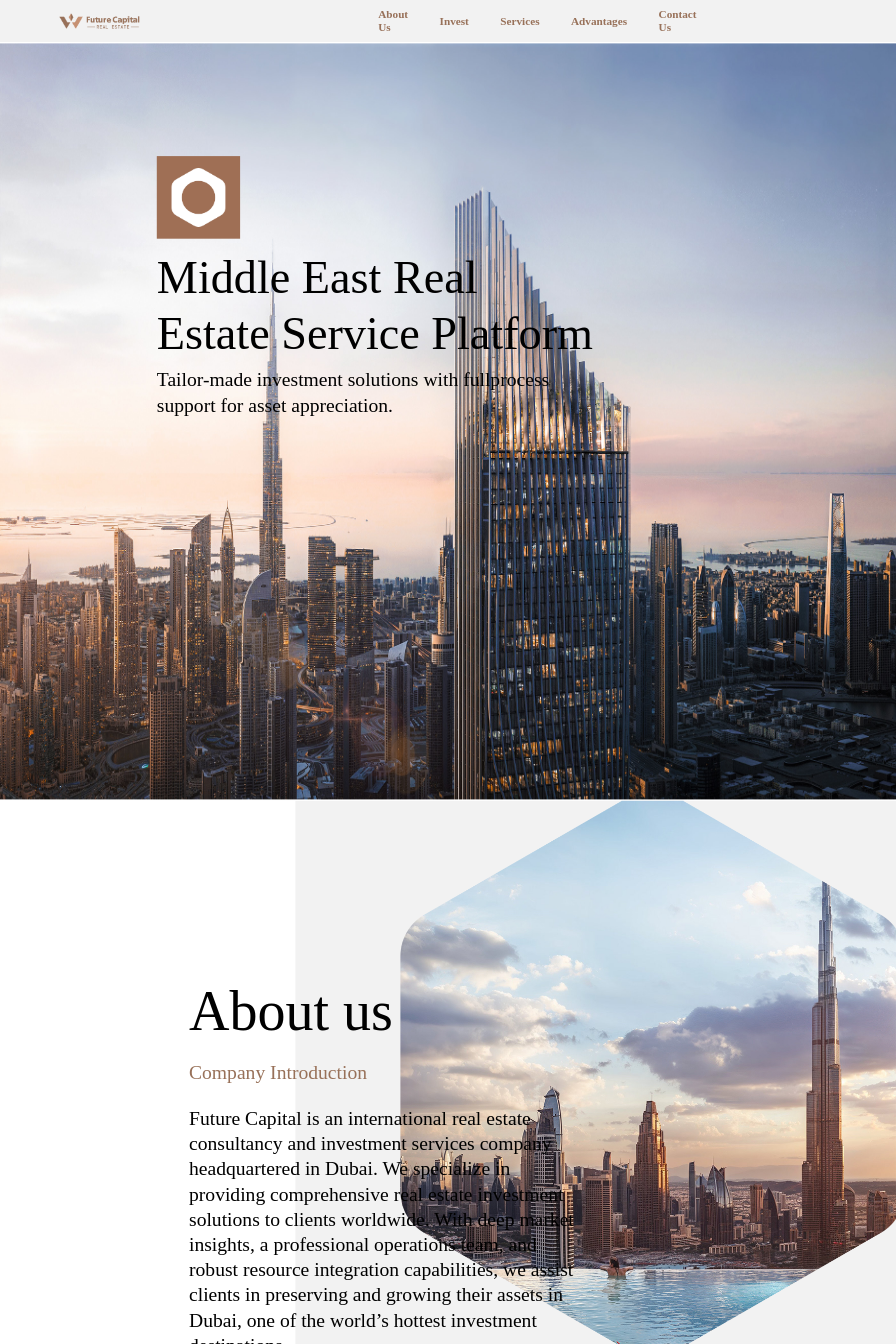
Repository: hcliu987/FutureCapital
Page: /
These files come from the project's save history. The page is drawn as it stood at one moment and after the next save; the edit follows.
The browser window is 1280 px wide. The pictures show the part of the page from y = 0 to 1920 px (the page is 8610 px tall), at 70% of full size.
The project was rebuilt for these pictures with package versions that can differ from the ones it lists, and the page was loaded fresh each time. Also part of the build but not shown: vue.config.js.

Above is the page before, as saved 2025-01-18 14:14:35.

### src/App.vue
<template>
  <homePage />
</template>

<script setup>
import homePage from "./components/homePage.vue";
</script>

<style>
html,
body {
  margin: 0;
}
</style>

### src/components/homePage.vue
<template>
  <div class="homePage">
    <div class="nav">
      <div class="left">
        <img class="toplogo" src="@/assets/logo.png" />
      </div>
      <div class="right">
        <div><a href="#aboutUs">About Us</a></div>
        <div><a href="#invest">Invest</a></div>
        <div><a href="#services">Services</a></div>
        <div><a href="#advantages">Advantages</a></div>
        <div><a href="#contactUs">Contact Us</a></div>
      </div>
    </div>
    <div class="aboutUs" id="aboutUs">
      <img class="img_bg" src="@/assets/aboutUs_bg1.jpg" />
      <img class="logo" src="@/assets/aboutUs_logo.png" />
      <div class="title">Middle East Real</div>
      <div class="title">Estate Service Platform</div>
      <div class="subInfo m1">
        Tailor-made investment solutions with fullprocess
      </div>
      <div class="subInfo">support for asset appreciation.</div>
    </div>
    <div class="aboutUs2">
      <div class="left"></div>
      <div class="right">
        <img src="@/assets/aboutUs_bg2.png" />
      </div>
      <div class="con_txt">
        <div class="title">About us</div>
        <div class="subtitle">Company Introduction</div>
        <div class="intro">
          Future Capital is an international real estate consultancy and
          investment services company headquartered in Dubai. We specialize in
          providing comprehensive real estate investment solutions to clients
          worldwide. With deep market insights, a professional operations team,
          and robust resource integration capabilities, we assist clients in
          preserving and growing their assets in Dubai, one of the world’s
          hottest investment destinations.
        </div>
      </div>
    </div>
    <div class="aboutUs3">
      <div class="left">
        <img src="@/assets/aboutUs_bg3.png" />
      </div>
      <div class="right"></div>
      <div class="con_txt">
        <div class="title">Company Vision</div>
        <div class="line"></div>
        <div class="info">
          Whether you are looking for an ideal home or exploring high-yield
          investment opportunities, Future Capital is committed to a
          customer-first philosophy. <br /><br />
          We deliver tailored investment support through exceptional service
          quality and forward-thinking market analysis, ensuring a personalized
          experience for every client.
        </div>
      </div>
    </div>
    <div class="invest" id="invest">
      <div class="top">
        <div class="title">New Opportunities</div>
        <div class="title">for Global Asset Allocation</div>
        <div class="line"></div>
      </div>
      <div class="bottom">
        <div class="row">
          <div class="item">
            <div class="pre">0%</div>
            <div class="text">
              Tax Incentives: Zero personal income tax.Zero capital gains tax.
            </div>
          </div>
          <div class="item">
            <div class="pre">6%-8%</div>
            <div class="text">
              Leading Investment Returns:The real estate market offers an
              average annual rental yield of 6%-8%.
            </div>
          </div>
          <div class="item">
            <div class="pre">12%</div>
            <div class="text">
              High-End Residential Growth:Luxury residential projects boast an
              annual sales growth rate exceeding 12%.
            </div>
          </div>
        </div>
        <div class="row">
          <div class="item">
            <div class="pre">100%</div>
            <div class="text">
              Non-UAE investors can achieve 100% foreign ownership.
            </div>
          </div>
          <div class="item">
            <div class="pre">80%</div>
            <div class="text">
              Over 80% of the population in Dubai consists of expatriates,
              leading to steadily growing housing demand.
            </div>
          </div>
          <div class="item">
            <div class="pre">60%</div>
            <div class="text">
              Located at the intersection of Europe, Asia, and Africa, 60% of
              global markets are within an 8-hour flight radius.
            </div>
          </div>
        </div>
        <div class="btext m1">
          Dubai, as a world-leading international metropolis, serves not only as
          the economic and trade hub of
        </div>
        <div class="btext">
          the Middle East but also as a focal point for global investors.
        </div>
      </div>
    </div>
    <div class="services" id="services">
      <div class="top">
        <div class="line"></div>
        <div class="item">
          <div class="title">Our Services</div>
          <div>
            Assist the rental of of primary and secondary commercial/residential
            properties.
          </div>
          <div>
            Assist the rental of of primary and secondary commercial/residential
            properties.
          </div>
        </div>
      </div>
      <div class="imgs">
        <img class="img1" src="@/assets/services_bg1.png" />
        <img class="img2" src="@/assets/services_bg2.png" />
      </div>
    </div>
    <div class="advantages1" id="advantages">
      <img src="@/assets/advantages_bg1.jpg" />
      <div class="title">Our Advantages</div>
    </div>
    <div class="advantages2">
      <div class="top">
        <div class="item">
          <div class="title">Company Introduction</div>
          <div class="info">
            A professional real estate consultancy team offering accurate market
            analysis and expert advice.
          </div>
        </div>
        <div class="item h1">
          <div class="title">High-End Resource Integration</div>
          <div class="info">
            Collaborating with Dubai’s top developers, such as EMAAR, Nakheel,
            and DAMAC, to provide exclusive properties and premium resources.
          </div>
        </div>
        <div class="item h1">
          <div class="title">Customer First</div>
          <div class="info">
            Placing client needs at the core, delivering full process,
            comprehensive support from property selection to investment
            implementation.
          </div>
        </div>
        <div class="item">
          <div class="title">Global Perspective</div>
          <div class="info">
            Serving clients worldwide, including investors from China, the UK,
            India, Europe, and Gulf countries.
          </div>
        </div>
      </div>
      <div class="img">
        <img src="@/assets/advantages_bg2.png" />
      </div>
    </div>
    <div class="contact" id="contactUs">
      <div class="left">
        <img src="@/assets/contact_bg2.png" />
      </div>
      <div class="right">
        <img src="@/assets/contact_bg1.png" />
      </div>
      <div class="content">
        <div class="title">
          <img src="@/assets/aboutUs_logo.png" />
          <div class="text">Contact US</div>
        </div>
        <div class="info">
          Thank you for your interest and trust in us! For more information
          about our projects or to discuss any inquiries and collaboration
          opportunities, feel free to reach out to our professional team. You
          can contact us through the following channels, and we look forward to
          providing you with the best service.
        </div>
        <div class="detail">
          <div class="key">Phone</div>
          <div class="value">+971 50 350 8883</div>
        </div>
        <div class="detail">
          <div class="key">Email</div>
          <div class="value">michael@futurecapital.ae</div>
        </div>
        <div class="detail">
          <div class="key">Address</div>
          <div class="value">
            3rd Floor Westburry Tower, Al Abraj Street Business Bay, Dubai
          </div>
        </div>
        <div class="end">
          We look forward to working with you to build a better future !
        </div>
      </div>
    </div>
  </div>
</template>

<script setup>
</script>


<style scoped>
.homePage {
  max-width: 1920px;
}
.nav {
  height: 60px;
  background: #f2f2f2;
  display: flex;
  align-items: center;
  justify-content: space-between;
  padding: 0 240px 0 85px;
  margin-bottom: 2px;
}
.nav .left {
  display: flex;
  align-items: center;
}
.nav .left img {
  margin-right: 12px;
}
.nav .right {
  display: flex;
  align-items: center;
  justify-content: end;
  width: 100%;
  font-family: 'Outfit Bold';
}
.nav .right div {
  margin-right: 45px;
  color: #987159;
  cursor: pointer;
  font-size: 16px;
  font-weight: bold;
}
.nav .right a {
  color: #987159;
  text-decoration: none;
}
.aboutUs {
  width: 100%;
  position: relative;
  min-height: 1080px;
  margin-bottom: 2px;
}
.aboutUs .img_bg {
  max-width: 100%;
  position: absolute;
  min-height: 1080px;
}
.aboutUs .logo {
  width: 118.5px;
  height: 118.5px;
  margin: 160.5px 0 12px 224px;
  position: relative;
  z-index: 1;
}
.nav .left .toplogo{
  width: 25%;
  height: 25%;
}
.aboutUs .title {
  margin-left: 224px;
  font-size: 66px;
  font-weight: 400;
  color: #000;
  line-height: 80px;
  position: relative;
  z-index: 1;
  font-family: ;
}
.aboutUs .subInfo {
  margin-left: 224px;
  font-size: 28px;
  line-height: 36px;
  position: relative;
  z-index: 1;
}
.aboutUs .m1 {
  margin-top: 8px;
}
.aboutUs2 {
  display: flex;
  width: 100%;
  min-height: 1080px;
  position: relative;
  margin-bottom: 2px;
}
.aboutUs2 .left {
  width: 33%;
  background: #fff;
}
.aboutUs2 .right {
  width: 67%;
  background: #f2f2f2;
  text-align: right;
}
.aboutUs2 .right img {
  max-width: 82.5%;
}
.aboutUs2 .con_txt {
  position: absolute;
  top: 260px;
  left: 270px;
  width: 573px;
}
.aboutUs2 .title {
  font-size: 80px;
  line-height: 80px;
  color: #000;
}
.aboutUs2 .subtitle {
  font-size: 28px;
  color: #987159;
  line-height: 36px;
  margin: 30px 0;
}
.aboutUs2 .intro {
  font-size: 28px;
  line-height: 36px;
}
.aboutUs3 .left {
  width: 55.7%;
}
.aboutUs3 {
  display: flex;
  width: 100%;
  position: relative;
  margin-bottom: 2px;
}
.aboutUs3 .right {
  width: 44.3%;
  background: #f2f2f2;
}
.aboutUs3 .con_txt {
  width: 851px;
  height: 678px;
  background: #fff;
  position: absolute;
  top: 110px;
  right: 110px;
  padding: 182px 0 0 132px;
}
.aboutUs3 .con_txt .title {
  font-size: 28px;
  color: #987159;
  line-height: 36px;
  margin-bottom: 66px;
}
.aboutUs3 .con_txt .line {
  height: 1px;
  width: 145px;
  margin-bottom: 38px;
  background: #987159;
}
.aboutUs3 .con_txt .info {
  width: 533px;
  font-size: 28px;
  line-height: 36px;
}
.invest .top {
  height: 360px;
  background: #fff;
  text-align: center;
  display: flex;
  align-items: center;
  flex-direction: column;
  justify-content: center;
}
.invest .top .title {
  font-size: 80px;
  color: #000;
  line-height: 80px;
}
.invest .top .line {
  height: 1px;
  background: #987159;
  width: 773px;
  margin-top: 32px;
}
.invest .bottom {
  height: 600px;
  background: #f2f2f2;
  padding: 90px 200px 30px 328px;
}
.invest .bottom .row {
  display: flex;
  justify-content: space-between;
}
.invest .bottom .row .item {
  height: 215px;
  width: 314px;
  margin-bottom: 40px;
}
.invest .bottom .row .pre {
  font-size: 80px;
  line-height: 80px;
  color: #987159;
  margin-bottom: 7.5px;
}
.invest .bottom .row .text {
  font-size: 20px;
  line-height: 25.2px;
  color: #000;
}
.invest .bottom .btext {
  width: 100%;
  text-align: center;
  font-size: 28px;
  line-height: 36px;
}
.invest .bottom .m1 {
  margin-top: 10px;
}
.services {
  min-height: 1080px;
  background: #fff;
  margin: 2px 0;
}
.services .top {
  height: 232px;
  padding: 150px 120px 150px 150px;
}
.services .top .line {
  width: 466px;
  height: 1px;
  background: #987159;
  margin-bottom: 65px;
}
.services .top .item {
  display: flex;
  align-items: center;
  justify-content: space-between;
  height: 106px;
}
.services .top .item div {
  max-width: 460px;
  font-size: 28px;
  line-height: 36px;
}
.services .top .item .title {
  max-width: 550px;
  font-size: 80px;
}
.services .imgs {
  display: flex;
  width: 100%;
}
.services .imgs .img1 {
  width: 67%;
}
.services .imgs .img2 {
  width: 33%;
}
.advantages1 {
  min-height: 1080px;
  margin-bottom: 2px;
  position: relative;
  display: flex;
  align-items: center;
  justify-content: center;
}
.advantages1 .title {
  font-size: 80px;
  position: relative;
  color: #fff;
  z-index: 1;
}
.advantages1 img {
  min-height: 1080px;
  width: 100%;
  position: absolute;
}
.advantages2 {
  min-height: 1080px;
  background: #fff;
  margin-bottom: 2px;
}
.advantages2 .img {
  height: 488px;
}
.advantages2 .top {
  height: 529px;
  padding: 63px 142px 0 172px;
  display: flex;
  justify-content: space-between;
}
.advantages2 .top .item {
  width: 332px;
}
.advantages2 .top .h1 {
  width: 345px;
}
.advantages2 .top .title {
  color: #987159;
  height: 180px;
  font-size: 28px;
  display: flex;
  align-items: flex-end;
  margin-bottom: 40px;
  font-weight: 700;
}
.advantages2 .top .info {
  font-size: 28px;
}
.advantages2 .img img {
  width: 100%;
  height: 100%;
}
.contact {
  display: flex;
  position: relative;
}
.contact .left {
  background: #f2f2f2;
  width: 50%;
  display: flex;
  align-items: center;
}
.contact .left img {
  max-width: 22%;
  position: relative;
  z-index: 1;
}
.contact .right {
  width: 50%;
  background: #987159;
  display: flex;
  align-items: center;
  justify-content: end;
}
.contact .right img {
  max-width: 60%;
}
.contact .content {
  width: 870px;
  height: 613px;
  position: absolute;
  top: 108px;
  left: 194px;
  background: #fff;
  padding: 129px 65px 120px 100px;
}
.contact .content .title {
  display: flex;
  align-items: flex-end;
  margin-bottom: 80px;
}
.contact .content img {
  width: 118px;
  height: 118px;
}
.contact .content .title .text {
  font-size: 80px;
  line-height: 80px;
  margin-left: 93px;
}
.contact .content .info {
  font-size: 28px;
  line-height: 36px;
  margin-bottom: 30px;
}
.contact .content .detail {
  display: flex;
  margin-bottom: 16px;
}
.contact .content .key,
.contact .content .value {
  min-width: 119px;
  font-size: 22px;
  color: #987159;
  line-height: 30px;
}
.contact .content .value {
  color: #000;
}
.contact .content .end {
  font-size: 28px;
  line-height: 36px;
  text-align: center;
  margin-top: 50px;
}
</style>

Loaded but not shown: public/index.html (common file); src/main.js (common file)

After the next save:
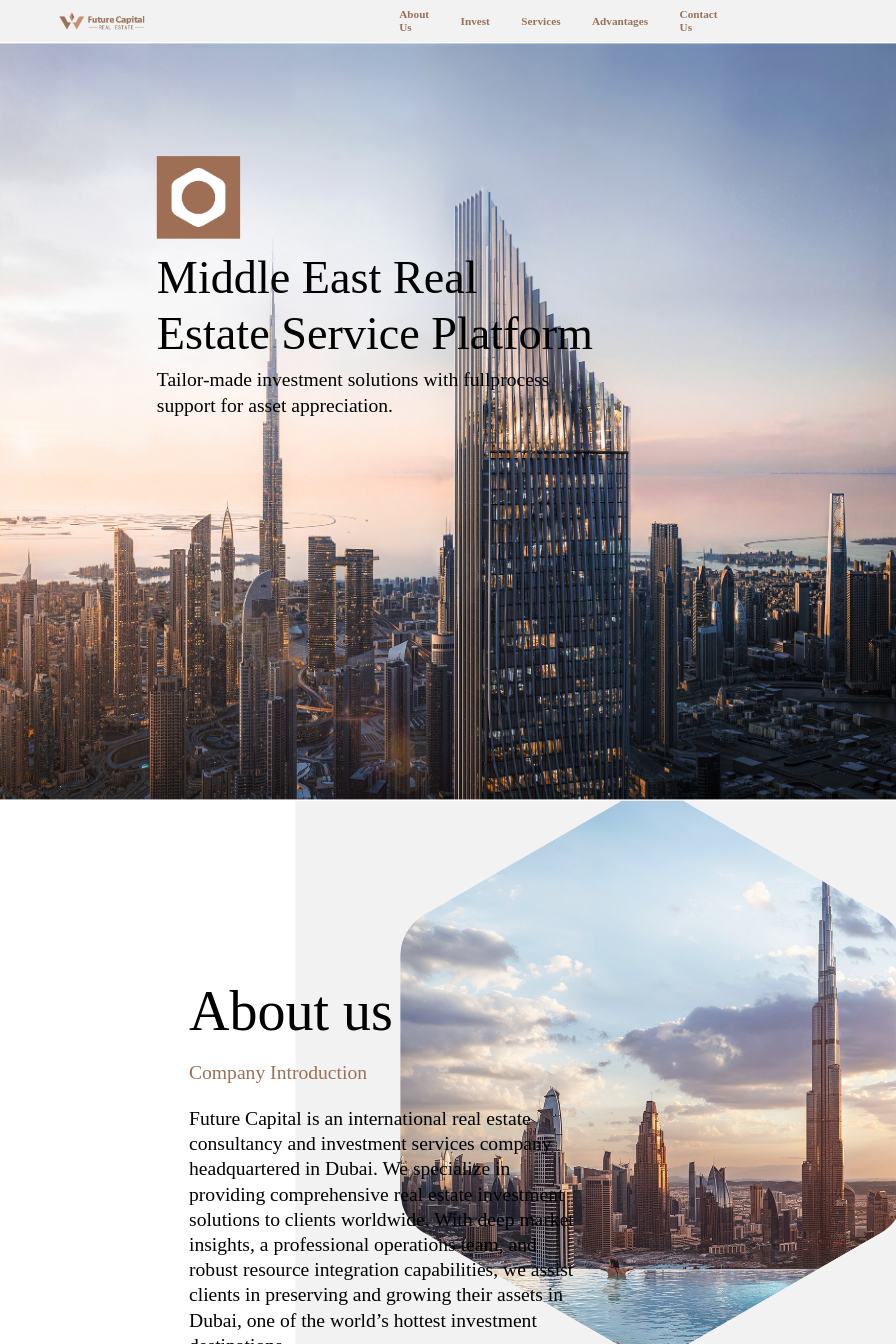
Saved 2 min 19 s later.
--- a/src/components/homePage.vue
+++ b/src/components/homePage.vue
@@ -234,7 +234,7 @@
   display: flex;
   align-items: center;
   justify-content: space-between;
-  padding: 0 240px 0 85px;
+  padding: 0 210px 0 85px;
   margin-bottom: 2px;
 }
 .nav .left {
